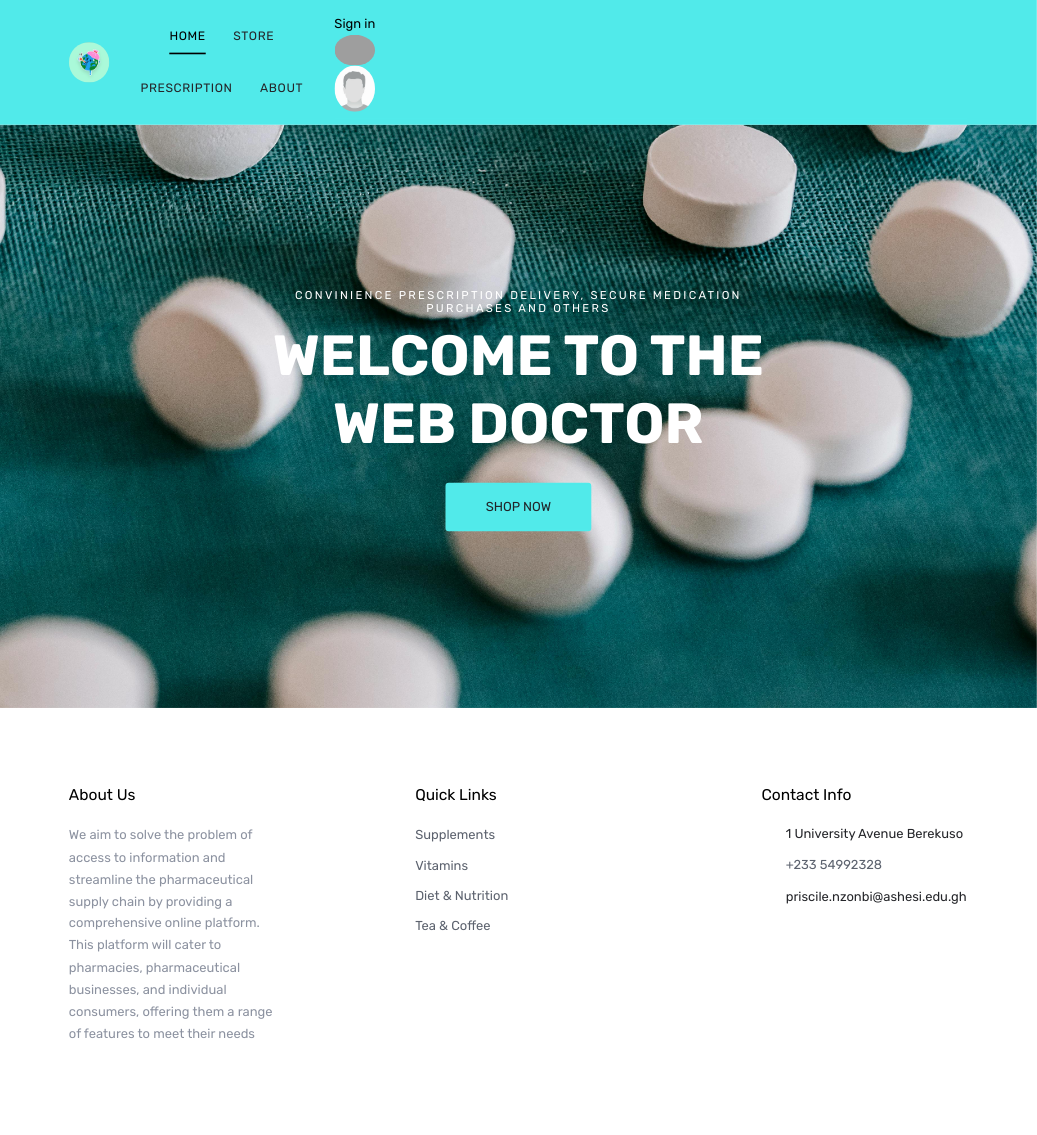
Repository: Argivist/Web-Doctor
Page: http://localhost/view/home.php
The author's editor kept a copy of each file at every save. The page is drawn from the files as they stood at one save, then again after the next save.
The browser window is 1280 px wide. The pictures show the whole page, at 81% of full size.
Pictures or frames that could not be fetched are drawn as grey boxes. Some web fonts or font styles are not loaded; a fallback is used. The page is run by PHP 8.4 with error messages shown; the project is at /var/www/html/.

Above is the page before, as saved 2024-03-09 18:02:17.

After the next save:
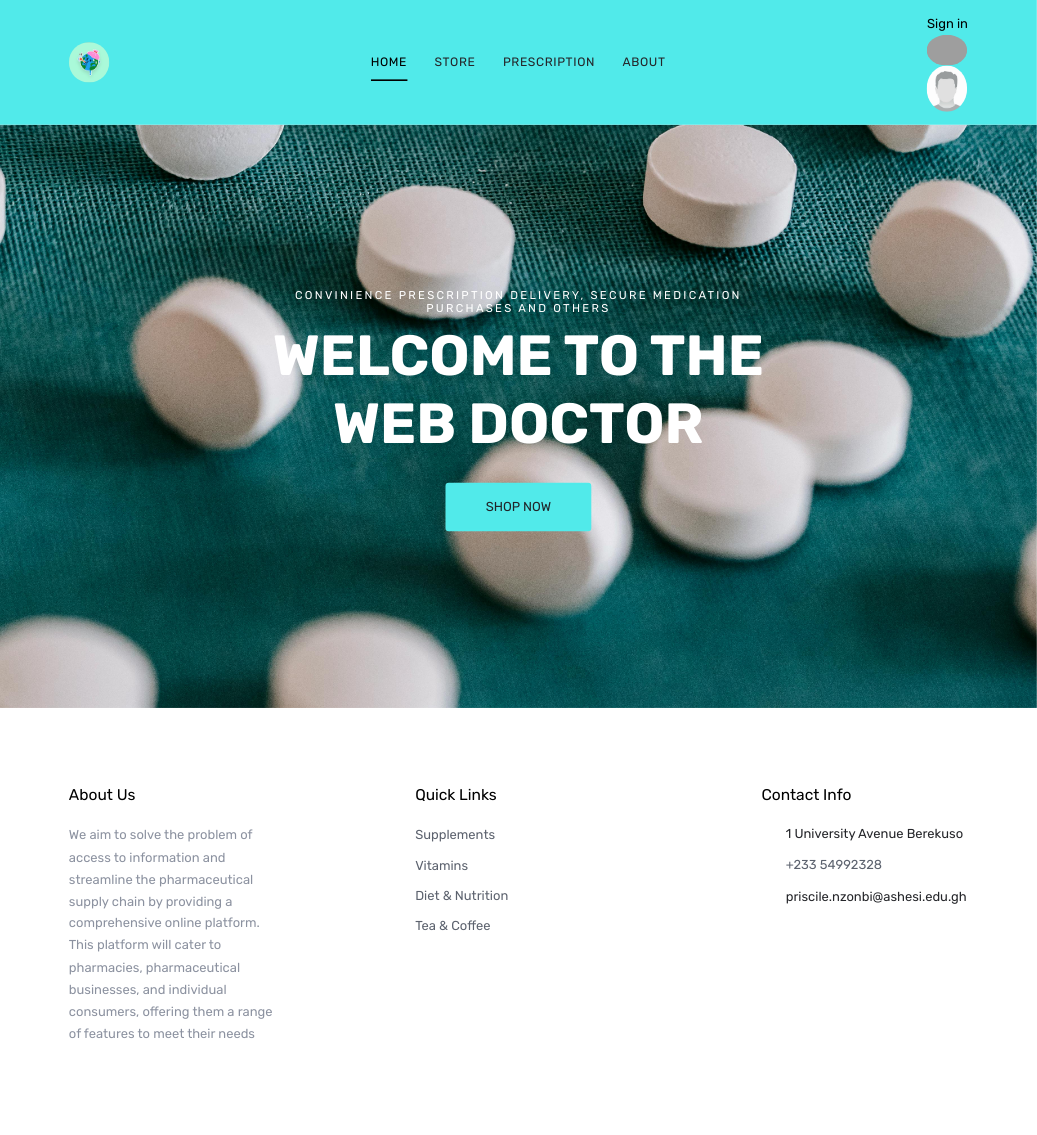
Saved 10 s later.
--- a/view/home.php
+++ b/view/home.php
@@ -46,7 +46,7 @@ session_start();
               </ul>
             </nav>
           </div>
-          <div class="site-navbar bg-primary py-2">
+          <div class=" py-2">
           <?php
           if (isset($_SESSION['id'])) {
             echo "<div class='logout'><a href='../actions/logout.php'>Logout</a></div>";
